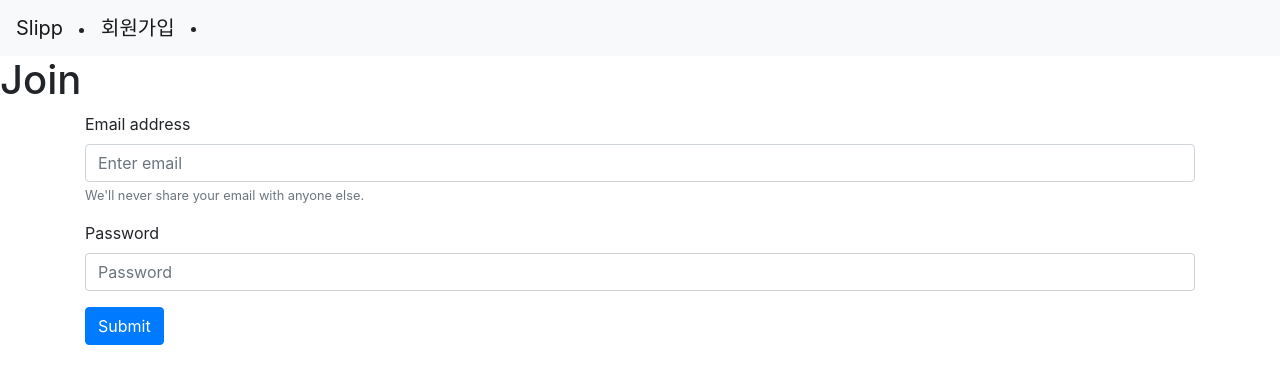
Repository: moonseoklee/SpringbootEx2
Page: my-slipp/src/main/resources/static/form.html
These files come from the project's save history. The page is drawn as it stood at one moment and after the next save; the edit follows.
The browser window is 1280 px wide. The pictures show the whole page.

Above is the page before, as saved 2019-08-08 07:16:03.

### my-slipp/src/main/resources/static/form.html
<!doctype html>
<html lang="en">
  <head>
    <!-- Required meta tags -->
    <meta charset="utf-8">
    <meta name="viewport" content="width=device-width, initial-scale=1, shrink-to-fit=no">

    <!-- Bootstrap CSS -->
    <link rel="stylesheet" href="https://stackpath.bootstrapcdn.com/bootstrap/4.3.1/css/bootstrap.min.css" integrity="sha384-ggOyR0iXCbMQv3Xipma34MD+dH/1fQ784/j6cY/iJTQUOhcWr7x9JvoRxT2MZw1T" crossorigin="anonymous">

    <title>Hello, world!</title>
  </head>
  <body>
  <nav class="navbar navbar-expand-lg navbar-light bg-light">
	  <a class="navbar-brand" href="#">Slipp</a>

   	<div class="collapse navbar-collapse" id="navbarSupportedContent">
	    <li><a class="navbar-brand" href="/form.html">회원가입</a><li>
  	</div>
  </nav>
    <h1>Join</h1>
    <div class="container">
	<form>
  <div class="form-group">
    <label for="exampleInputEmail1">Email address</label>
    <input type="email" class="form-control" id="exampleInputEmail1" aria-describedby="emailHelp" placeholder="Enter email">
    <small id="emailHelp" class="form-text text-muted">We'll never share your email with anyone else.</small>
  </div>
  <div class="form-group">
    <label for="exampleInputPassword1">Password</label>
    <input type="password" class="form-control" id="exampleInputPassword1" placeholder="Password">
  </div>

  <button type="submit" class="btn btn-primary">Submit</button>
</form>
</div>
    <!-- Optional JavaScript -->
    <!-- jQuery first, then Popper.js, then Bootstrap JS -->
    <script src="https://code.jquery.com/jquery-3.3.1.slim.min.js" integrity="sha384-q8i/X+965DzO0rT7abK41JStQIAqVgRVzpbzo5smXKp4YfRvH+8abtTE1Pi6jizo" crossorigin="anonymous"></script>
    <script src="https://cdnjs.cloudflare.com/ajax/libs/popper.js/1.14.7/umd/popper.min.js" integrity="sha384-UO2eT0CpHqdSJQ6hJty5KVphtPhzWj9WO1clHTMGa3JDZwrnQq4sF86dIHNDz0W1" crossorigin="anonymous"></script>
    <script src="https://stackpath.bootstrapcdn.com/bootstrap/4.3.1/js/bootstrap.min.js" integrity="sha384-JjSmVgyd0p3pXB1rRibZUAYoIIy6OrQ6VrjIEaFf/nJGzIxFDsf4x0xIM+B07jRM" crossorigin="anonymous"></script>
  </body>
</html>

After the next save:
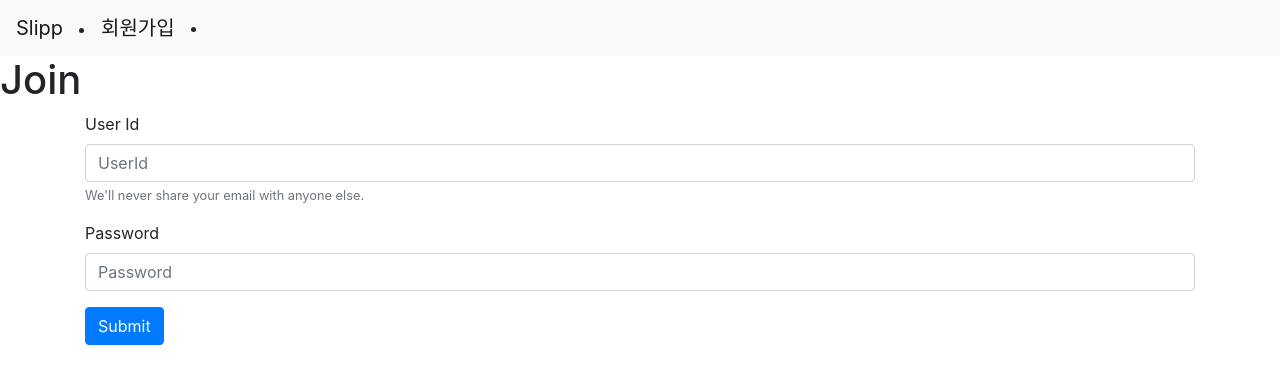
Saved 61 s later.
--- a/my-slipp/src/main/resources/static/form.html
+++ b/my-slipp/src/main/resources/static/form.html
@@ -22,8 +22,8 @@
     <div class="container">
 	<form>
   <div class="form-group">
-    <label for="exampleInputEmail1">Email address</label>
-    <input type="email" class="form-control" id="exampleInputEmail1" aria-describedby="emailHelp" placeholder="Enter email">
+    <label for="userId">User Id</label>
+    <input type="userId" class="form-control" id="exampleInputEmail1" aria-describedby="emailHelp" placeholder="UserId">
     <small id="emailHelp" class="form-text text-muted">We'll never share your email with anyone else.</small>
   </div>
   <div class="form-group">
